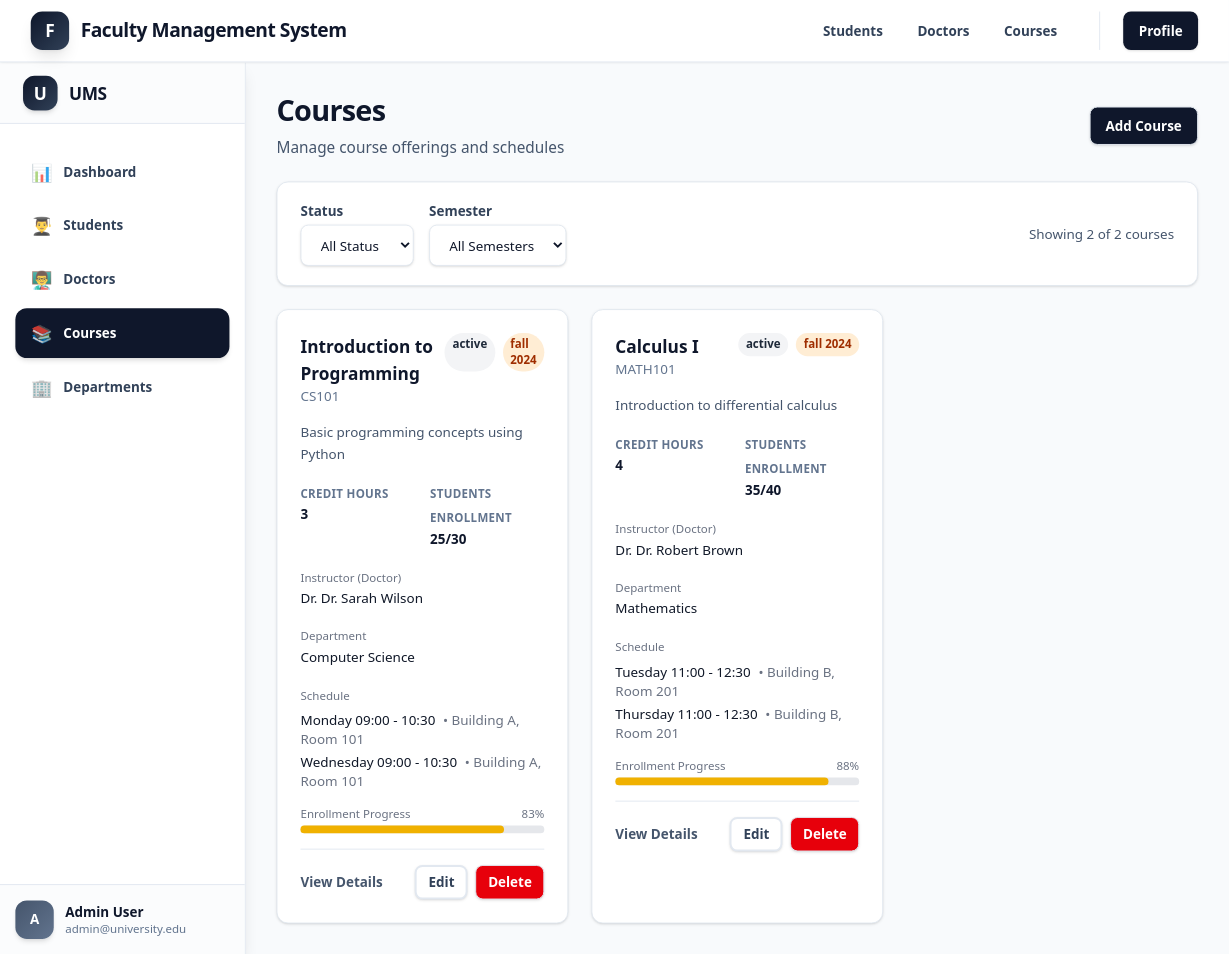
Repository: Mohamedmohsen179/Advanced-DB-Task
Page: /courses (app in frontend/)
These files come from the project's save history. The page is drawn as it stood at one moment and after the next save; the edit follows.
The browser window is 1280 px wide. The pictures show the whole page, at 96% of full size.
The page's requests for data from a server got no answer. The project was rebuilt for these pictures with package versions that can differ from the ones it lists, and the page was loaded fresh each time. The framework's server and built-in components were replaced by stand-ins that run in the browser. No one was signed in, and anything a server would have sent is missing. Also part of the build but not shown: frontend/next.config.ts.

Above is the page before, as saved 2025-11-28 18:21:45.

### frontend/app/layout.tsx
import type { Metadata } from "next";
import { Geist, Geist_Mono } from "next/font/google";
import "./globals.css";
import MainLayout from "../components/layout/MainLayout";

const geistSans = Geist({
  variable: "--font-geist-sans",
  subsets: ["latin"],
});

const geistMono = Geist_Mono({
  variable: "--font-geist-mono",
  subsets: ["latin"],
});

export const metadata: Metadata = {
  title: "University Management System",
  description: "A comprehensive university management system built with Next.js and TypeScript",
};

export default function RootLayout({
  children,
}: Readonly<{
  children: React.ReactNode;
}>) {
  return (
    <html lang="en">
      <body
        className={`${geistSans.variable} ${geistMono.variable} antialiased`}
      >
        <MainLayout>{children}</MainLayout>
      </body>
    </html>
  );
}

### frontend/app/courses/page.tsx
import CoursesContainer from '../../containers/CoursesContainer';

export default function CoursesPage() {
  return <CoursesContainer />;
}

### frontend/app/globals.css
@import "tailwindcss";

:root {
  --background: #fafafa;
  --foreground: #0f172a;
  --primary: #2563eb;
  --primary-foreground: #ffffff;
  --secondary: #f1f5f9;
  --secondary-foreground: #334155;
  --muted: #f8fafc;
  --muted-foreground: #64748b;
  --accent: #f1f5f9;
  --accent-foreground: #0f172a;
  --border: #e2e8f0;
  --input: #ffffff;
  --ring: #2563eb;
  --radius: 0.5rem;
}

@theme inline {
  --color-background: var(--background);
  --color-foreground: var(--foreground);
  --font-sans: var(--font-geist-sans);
  --font-mono: var(--font-geist-mono);
}

@media (prefers-color-scheme: dark) {
  :root {
    --background: #020617;
    --foreground: #f8fafc;
    --primary: #3b82f6;
    --primary-foreground: #f8fafc;
    --secondary: #1e293b;
    --secondary-foreground: #f8fafc;
    --muted: #1e293b;
    --muted-foreground: #94a3b8;
    --accent: #1e293b;
    --accent-foreground: #f8fafc;
    --border: #334155;
    --input: #1e293b;
    --ring: #3b82f6;
  }
}

* {
  border-color: var(--border);
}

body {
  background: var(--background);
  color: var(--foreground);
  font-family: var(--font-sans), system-ui, -apple-system, sans-serif;
  line-height: 1.6;
  -webkit-font-smoothing: antialiased;
  -moz-osx-font-smoothing: grayscale;
}

/* Professional scrollbar */
::-webkit-scrollbar {
  width: 8px;
  height: 8px;
}

::-webkit-scrollbar-track {
  background: var(--muted);
}

::-webkit-scrollbar-thumb {
  background: var(--muted-foreground);
  border-radius: 4px;
}

::-webkit-scrollbar-thumb:hover {
  background: var(--foreground);
}

/* Focus styles */
.focus-visible {
  outline: 2px solid var(--ring);
  outline-offset: 2px;
}

/* Professional shadows */
.shadow-professional {
  box-shadow: 0 1px 3px 0 rgb(0 0 0 / 0.1), 0 1px 2px -1px rgb(0 0 0 / 0.1);
}

.shadow-professional-lg {
  box-shadow: 0 10px 15px -3px rgb(0 0 0 / 0.1), 0 4px 6px -4px rgb(0 0 0 / 0.1);
}

### frontend/components/layout/MainLayout.tsx
'use client';

import { useState } from 'react';
import Navbar from './Navbar';
import Sidebar from './Sidebar';

interface MainLayoutProps {
  children: React.ReactNode;
}

export default function MainLayout({ children }: MainLayoutProps) {
  const [sidebarOpen, setSidebarOpen] = useState(false);

  return (
    <div className="min-h-screen bg-slate-50">
      {/* Navbar */}
      <Navbar />

      <div className="flex">
        {/* Sidebar */}
        <Sidebar
          isOpen={sidebarOpen}
          onClose={() => setSidebarOpen(false)}
        />

        {/* Main Content */}
        <div className="flex-1 lg:ml-0">
          {/* Mobile sidebar toggle */}
          <div className="lg:hidden">
            <button
              onClick={() => setSidebarOpen(true)}
              className="fixed top-20 left-4 z-10 bg-white p-3 rounded-xl shadow-professional border border-slate-200 hover:shadow-professional-lg transition-all duration-200"
            >
              <svg className="w-5 h-5 text-slate-600" fill="none" stroke="currentColor" viewBox="0 0 24 24">
                <path strokeLinecap="round" strokeLinejoin="round" strokeWidth={2} d="M4 6h16M4 12h16M4 18h16" />
              </svg>
            </button>
          </div>

          {/* Page Content */}
          <main className="p-6 lg:p-8">
            <div className="max-w-7xl mx-auto">
              {children}
            </div>
          </main>
        </div>
      </div>
    </div>
  );
}

### frontend/components/courses/CourseCard.tsx
'use client';

import Link from 'next/link';
import { CourseWithSchedule } from '../../types';
import Button from '../ui/Button';

interface CourseCardProps {
  course: CourseWithSchedule;
  onEdit?: (course: CourseWithSchedule) => void;
  onDelete?: (courseId: string) => void;
}

export default function CourseCard({ course, onEdit, onDelete }: CourseCardProps) {
  const getStatusColor = (Level: string) => {
    switch (Level) {
      case 'Level 1':
        return 'bg-green-100 text-green-800';
      case 'Level 2':
        return 'bg-gray-100 text-blue-800';
      case 'Level 3':
        return 'bg-red-100 text-yellow-800';
      case 'Level 4':
        return 'bg-red-100 text-red-800';
      default:
        return 'bg-gray-100 text-gray-800';
    }
  };

  const getSemesterColor = (semester: string) => {
    switch (semester) {
      case 'fall':
        return 'bg-orange-100 text-orange-800';
      case 'spring':
        return 'bg-green-100 text-green-800';
      case 'summer':
        return 'bg-yellow-100 text-yellow-800';
      case 'winter':
        return 'bg-blue-100 text-blue-800';
      default:
        return 'bg-gray-100 text-gray-800';
    }
  };

  return (
    <div className="bg-white rounded-xl border border-slate-200 shadow-professional hover:shadow-professional-lg transition-all duration-300 hover:-translate-y-1">
      <div className="p-6">

        <div className="flex items-start justify-between mb-4">
          <div>
            <h3 className="text-lg font-bold text-slate-900">{course.name}</h3>
            <p className="text-sm font-medium text-slate-500">{course.code}</p>
          </div>
          <div className="flex space-x-2">
            <span className={`inline-flex px-2 py-1 text-xs font-semibold rounded-full ${getStatusColor(course.status)}`}>
              {course.status}
            </span>
            <span className={`inline-flex px-2 py-1 text-xs font-semibold rounded-full ${getSemesterColor(course.semester)}`}>
              {course.semester} {course.year}
            </span>
          </div>
        </div>

        {course.description && (
          <p className="text-sm text-slate-600 mb-4 line-clamp-2 leading-relaxed">{course.description}</p>
        )}

        {/* Course Details */}
        <div className="grid grid-cols-2 gap-4 mb-4">
          <div>
            <span className="text-xs font-semibold text-slate-500 uppercase tracking-wide">Credit Hours</span>
            <p className="text-sm font-semibold text-slate-900">{course.credits}</p>
          </div>
          <div>
            <span className="text-xs font-semibold text-slate-500 uppercase tracking-wide">Students Enrollment</span>
            <p className="text-sm font-semibold text-slate-900">
              {course.enrolledStudents}/{course.maxStudents}
            </p>
          </div>
          {course.instructor && (
            <div className="col-span-2">
              <span className="text-xs font-medium text-gray-500">Instructor (Doctor)</span>
              <p className="text-sm text-gray-900">
                Dr. {course.instructor.firstName} {course.instructor.lastName}
              </p>
            </div>
          )}
          {course.department && (
            <div className="col-span-2">
              <span className="text-xs font-medium text-gray-500">Department</span>
              <p className="text-sm text-gray-900">{course.department.name}</p>
            </div>
          )}
        </div>

        {/* Schedule */}
        {course.schedules && course.schedules.length > 0 && (
          <div className="mb-4">
            <span className="text-xs font-medium text-gray-500">Schedule</span>
            <div className="mt-1 space-y-1">
              {course.schedules.map((schedule) => (
                <div key={schedule.id} className="text-sm text-gray-900">
                  <span className="capitalize">{schedule.dayOfWeek}</span> {schedule.startTime} - {schedule.endTime}
                  {schedule.location && (
                    <span className="text-gray-500 ml-2">• {schedule.location}</span>
                  )}
                </div>
              ))}
            </div>
          </div>
        )}

        {/* Prerequisites */}
        {course.prerequisites && course.prerequisites.length > 0 && (
          <div className="mb-4">
            <span className="text-xs font-medium text-gray-500">Prerequisites</span>
            <div className="mt-1 flex flex-wrap gap-1">
              {course.prerequisites.map((prereq, index) => (
                <span key={index} className="inline-flex px-2 py-1 text-xs bg-gray-100 text-gray-700 rounded">
                  {prereq}
                </span>
              ))}
            </div>
          </div>
        )}

        {/* Progress Bar */}
        <div className="mb-4">
          <div className="flex justify-between text-xs text-gray-500 mb-1">
            <span>Enrollment Progress</span>
            <span>{Math.round((course.enrolledStudents / course.maxStudents) * 100)}%</span>
          </div>
          <div className="w-full bg-gray-200 rounded-full h-2">
            <div
              className={`h-2 rounded-full ${course.enrolledStudents / course.maxStudents >= 0.9
                ? 'bg-red-500'
                : course.enrolledStudents / course.maxStudents >= 0.7
                  ? 'bg-yellow-500'
                  : 'bg-green-500'
                }`}
              style={{ width: `${(course.enrolledStudents / course.maxStudents) * 100}%` }}
            ></div>
          </div>
        </div>

        {/* Actions */}
        <div className="flex justify-between items-center pt-4 border-t border-slate-100">
          <Link
            href={`/courses/${course.id}`}
            className="text-slate-600 hover:text-slate-900 text-sm font-semibold transition-colors duration-200"
          >
            View Details
          </Link>
          <div className="flex space-x-2">
            {onEdit && (
              <Button
                size="sm"
                variant="outline"
                onClick={() => onEdit(course)}
              >
                Edit
              </Button>
            )}
            {onDelete && (
              <Button
                size="sm"
                variant="danger"
                onClick={() => onDelete(course.id)}
              >
                Delete
              </Button>
            )}
          </div>
        </div>
      </div>
    </div>
  );
}

### frontend/components/ui/Button.tsx
import { ButtonHTMLAttributes, forwardRef } from 'react';

interface ButtonProps extends ButtonHTMLAttributes<HTMLButtonElement> {
  variant?: 'primary' | 'secondary' | 'danger' | 'outline';
  size?: 'sm' | 'md' | 'lg';
  loading?: boolean;
}

const Button = forwardRef<HTMLButtonElement, ButtonProps>(
  ({ className = '', variant = 'primary', size = 'md', loading = false, children, disabled, ...props }, ref) => {
    const baseClasses = 'inline-flex items-center justify-center font-semibold rounded-lg transition-all duration-200 focus:outline-none focus:ring-2 focus:ring-offset-2 disabled:opacity-50 disabled:cursor-not-allowed shadow-sm hover:shadow-md active:scale-[0.98]';

    const variantClasses = {
      primary: 'bg-slate-900 text-white hover:bg-slate-800 focus:ring-slate-500 border border-slate-900',
      secondary: 'bg-slate-100 text-slate-900 hover:bg-slate-200 focus:ring-slate-500 border border-slate-200',
      danger: 'bg-red-600 text-white hover:bg-red-700 focus:ring-red-500 border border-red-600',
      outline: 'border-2 border-slate-300 text-slate-700 bg-white hover:bg-slate-50 hover:border-slate-400 focus:ring-slate-500',
    };

    const sizeClasses = {
      sm: 'px-3 py-2 text-sm h-9',
      md: 'px-4 py-2.5 text-sm h-10',
      lg: 'px-6 py-3 text-base h-12',
    };

    return (
      <button
        ref={ref}
        className={`${baseClasses} ${variantClasses[variant]} ${sizeClasses[size]} ${className}`}
        disabled={disabled || loading}
        {...props}
      >
        {loading && (
          <svg className="animate-spin -ml-1 mr-2 h-4 w-4" fill="none" viewBox="0 0 24 24">
            <circle className="opacity-25" cx="12" cy="12" r="10" stroke="currentColor" strokeWidth="4" />
            <path className="opacity-75" fill="currentColor" d="M4 12a8 8 0 018-8V0C5.373 0 0 5.373 0 12h4zm2 5.291A7.962 7.962 0 014 12H0c0 3.042 1.135 5.824 3 7.938l3-2.647z" />
          </svg>
        )}
        {children}
      </button>
    );
  }
);

Button.displayName = 'Button';

export default Button;

### frontend/components/ui/Card.tsx
import { HTMLAttributes, forwardRef } from 'react';

interface CardProps extends HTMLAttributes<HTMLDivElement> {
  children: React.ReactNode;
}

const Card = forwardRef<HTMLDivElement, CardProps>(
  ({ className = '', children, ...props }, ref) => {
    return (
      <div
        ref={ref}
        className={`bg-white rounded-xl border border-slate-200 shadow-professional hover:shadow-professional-lg transition-shadow duration-200 ${className}`}
        {...props}
      >
        {children}
      </div>
    );
  }
);

Card.displayName = 'Card';

interface CardHeaderProps extends HTMLAttributes<HTMLDivElement> {
  children: React.ReactNode;
}

const CardHeader = forwardRef<HTMLDivElement, CardHeaderProps>(
  ({ className = '', children, ...props }, ref) => {
    return (
      <div
        ref={ref}
        className={`px-6 py-5 border-b border-slate-200 bg-slate-50/50 rounded-t-xl ${className}`}
        {...props}
      >
        {children}
      </div>
    );
  }
);

CardHeader.displayName = 'CardHeader';

interface CardContentProps extends HTMLAttributes<HTMLDivElement> {
  children: React.ReactNode;
}

const CardContent = forwardRef<HTMLDivElement, CardContentProps>(
  ({ className = '', children, ...props }, ref) => {
    return (
      <div
        ref={ref}
        className={`px-6 py-5 ${className}`}
        {...props}
      >
        {children}
      </div>
    );
  }
);

CardContent.displayName = 'CardContent';

interface CardFooterProps extends HTMLAttributes<HTMLDivElement> {
  children: React.ReactNode;
}

const CardFooter = forwardRef<HTMLDivElement, CardFooterProps>(
  ({ className = '', children, ...props }, ref) => {
    return (
      <div
        ref={ref}
        className={`px-6 py-5 border-t border-slate-200 bg-slate-50 rounded-b-xl ${className}`}
        {...props}
      >
        {children}
      </div>
    );
  }
);

CardFooter.displayName = 'CardFooter';

export { Card, CardHeader, CardContent, CardFooter };

Loaded but not shown: frontend/services/api.ts (539 lines, source omitted); frontend/containers/CoursesContainer.tsx (204 lines, source omitted); frontend/components/layout/Sidebar.tsx (158 lines, source omitted); frontend/components/layout/Navbar.tsx (102 lines, source omitted)

After the next save:
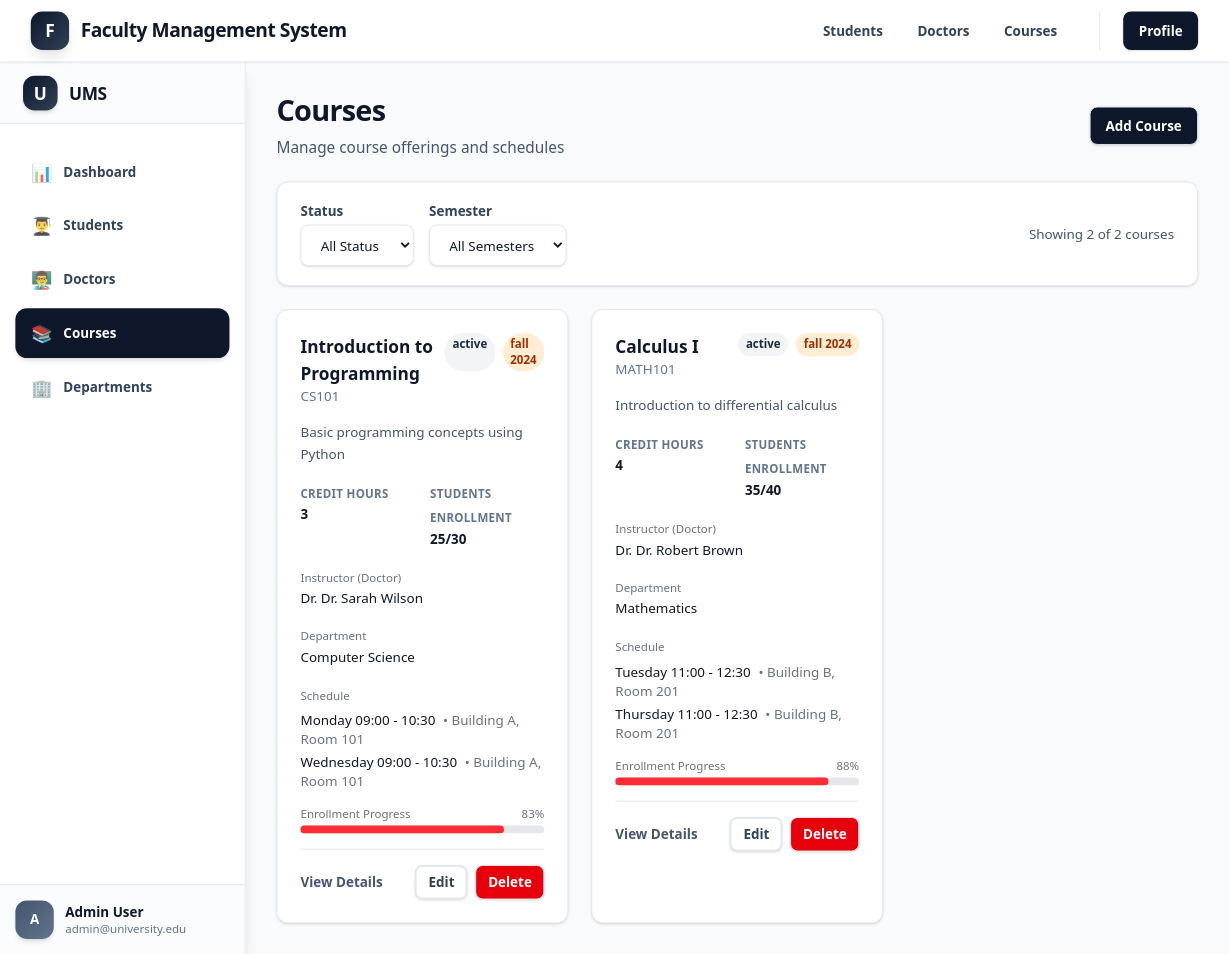
Saved 4 min 45 s later.
--- a/frontend/components/courses/CourseCard.tsx
+++ b/frontend/components/courses/CourseCard.tsx
@@ -64,7 +64,6 @@
           <p className="text-sm text-slate-600 mb-4 line-clamp-2 leading-relaxed">{course.description}</p>
         )}
 
-        {/* Course Details */}
         <div className="grid grid-cols-2 gap-4 mb-4">
           <div>
             <span className="text-xs font-semibold text-slate-500 uppercase tracking-wide">Credit Hours</span>
@@ -92,7 +91,6 @@
           )}
         </div>
 
-        {/* Schedule */}
         {course.schedules && course.schedules.length > 0 && (
           <div className="mb-4">
             <span className="text-xs font-medium text-gray-500">Schedule</span>
@@ -109,7 +107,6 @@
           </div>
         )}
 
-        {/* Prerequisites */}
         {course.prerequisites && course.prerequisites.length > 0 && (
           <div className="mb-4">
             <span className="text-xs font-medium text-gray-500">Prerequisites</span>
@@ -123,7 +120,6 @@
           </div>
         )}
 
-        {/* Progress Bar */}
         <div className="mb-4">
           <div className="flex justify-between text-xs text-gray-500 mb-1">
             <span>Enrollment Progress</span>
@@ -134,7 +130,7 @@
               className={`h-2 rounded-full ${course.enrolledStudents / course.maxStudents >= 0.9
                 ? 'bg-red-500'
                 : course.enrolledStudents / course.maxStudents >= 0.7
-                  ? 'bg-yellow-500'
+                  ? 'bg-red-500'
                   : 'bg-green-500'
                 }`}
               style={{ width: `${(course.enrolledStudents / course.maxStudents) * 100}%` }}

After the 2 saves that followed:
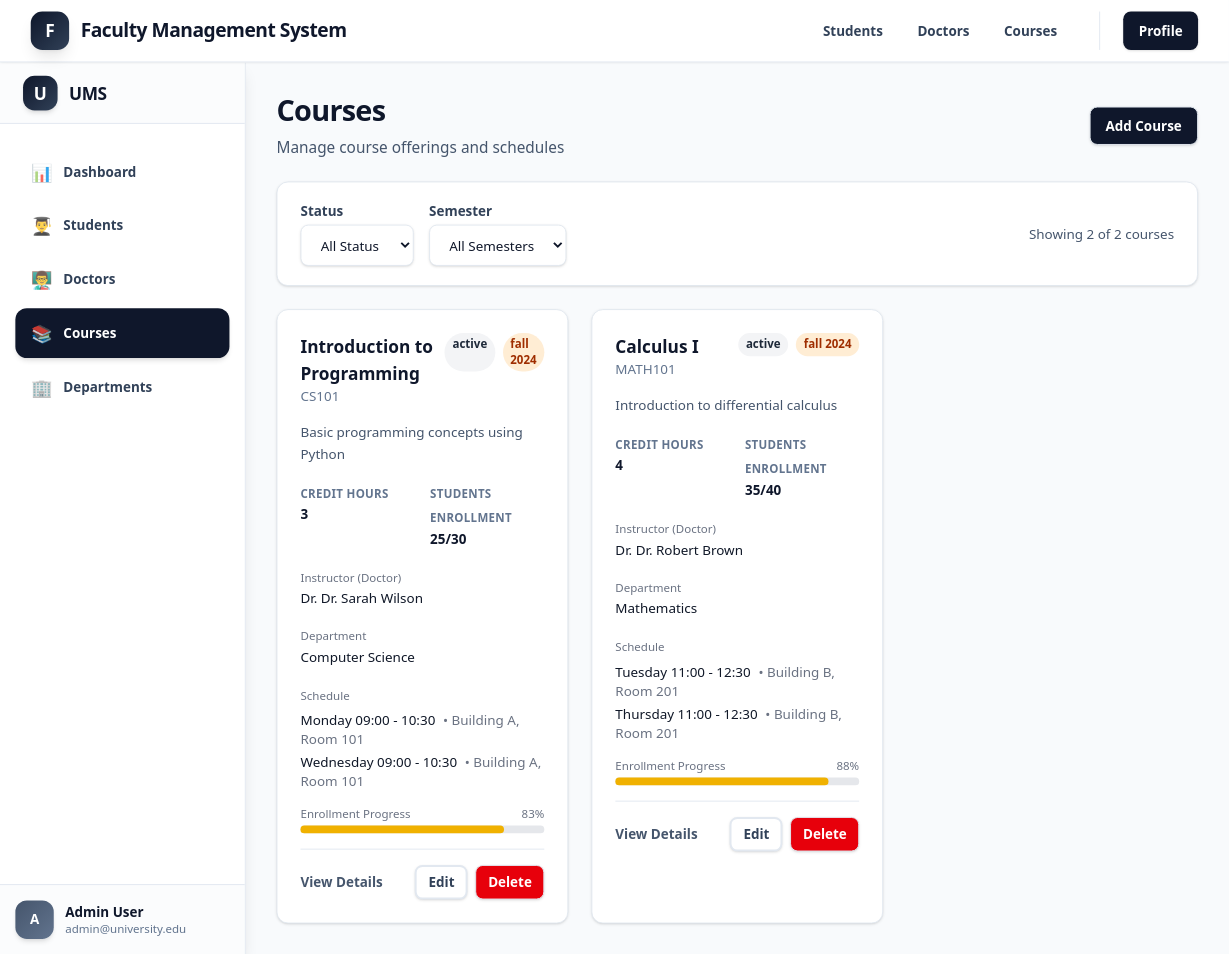
The 2 saves are shown as one change because they came seconds apart.
The last was saved 6 s later.
--- a/frontend/components/courses/CourseCard.tsx
+++ b/frontend/components/courses/CourseCard.tsx
@@ -130,7 +130,7 @@
               className={`h-2 rounded-full ${course.enrolledStudents / course.maxStudents >= 0.9
                 ? 'bg-red-500'
                 : course.enrolledStudents / course.maxStudents >= 0.7
-                  ? 'bg-red-500'
+                  ? 'bg-yellow-500'
                   : 'bg-green-500'
                 }`}
               style={{ width: `${(course.enrolledStudents / course.maxStudents) * 100}%` }}
